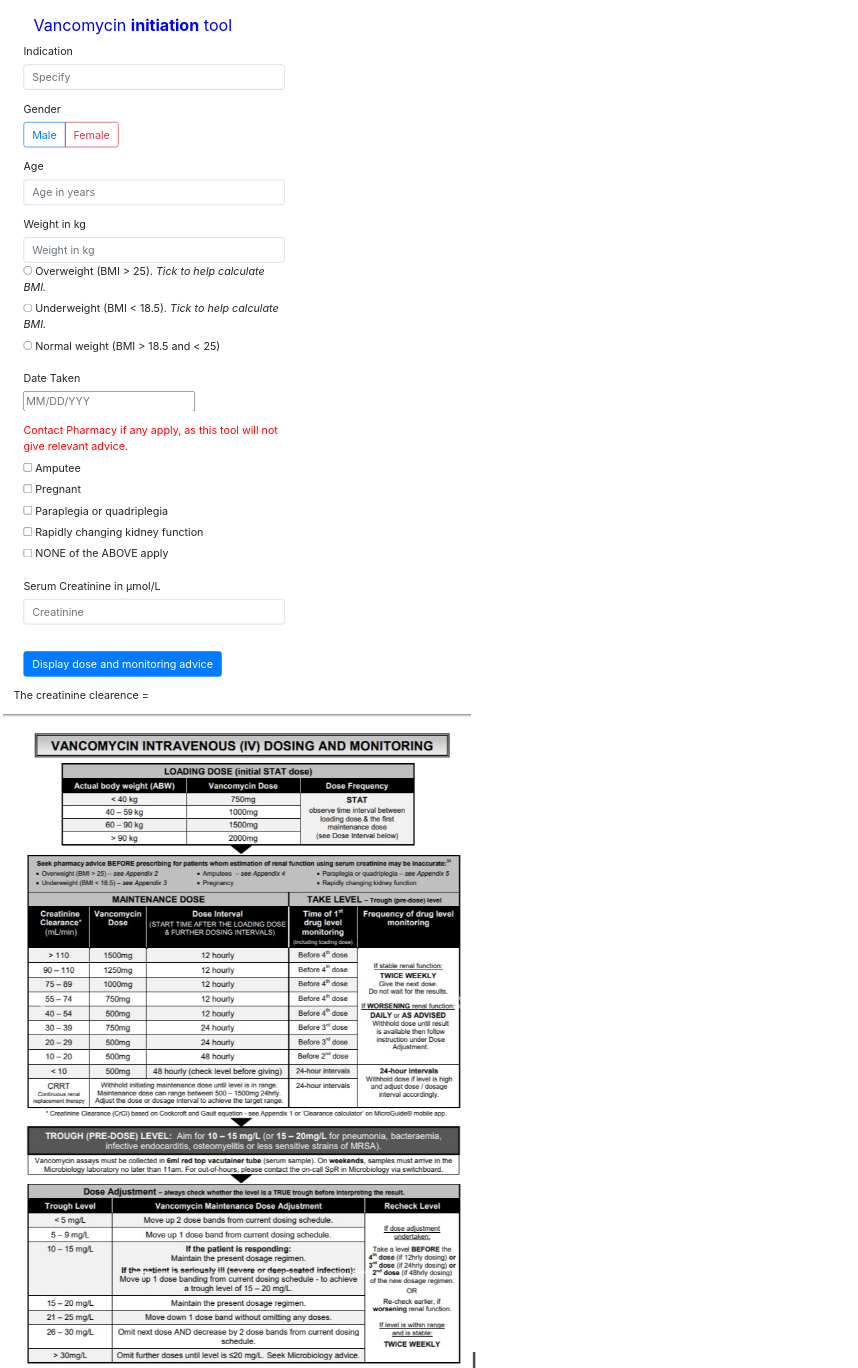
Repository: Mismiles/project-clinical-calculator
Page: index.html
The author's editor kept a record of every edit. The page is drawn from the files as they stood at one moment, then again after the next edit.
The browser window is 1280 px wide. The pictures show the whole page, at 67% of full size.

Above is the page before.
Console error: SyntaxError: Unexpected token '<'

After the next edit:
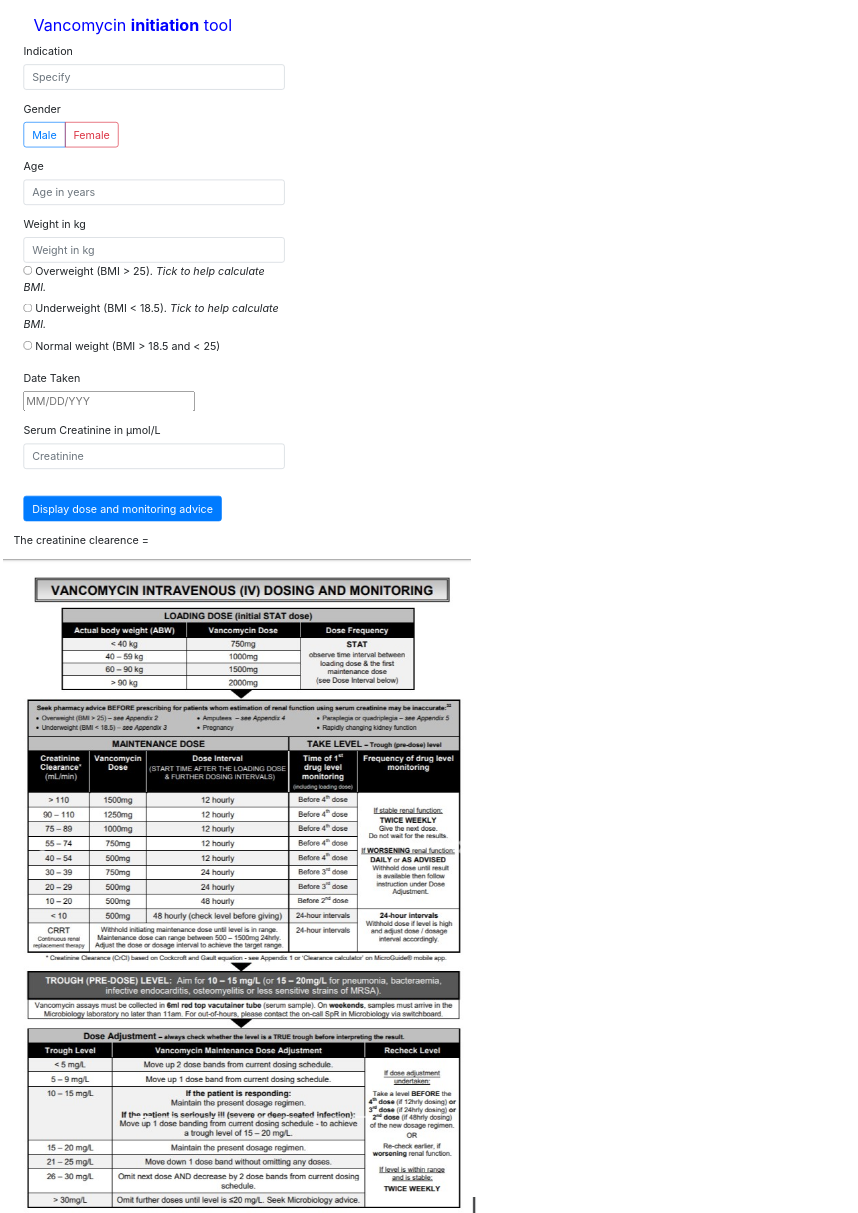
The edit:
--- a/index.html
+++ b/index.html
@@ -105,43 +105,6 @@
 </div>
 
 
-<!-- Parameters -->
-<div class="form-group">
-  <label class="col-md-4 control-label" for="parameters" <span style="color:red">Contact Pharmacy if any apply, as this tool will not give relevant advice.</span></label>
-  <div class="col-md-4">
-  <div class="checkbox">
-    <label for="parameters-2">
-      <input type="checkbox" name="parameters" id="parameters-1" value="">
-      Amputee
-    </label>
-	</div>
-  <div class="checkbox">
-    <label for="parameters-3">
-      <input type="checkbox" name="parameters" id="parameters-2" value="">
-      Pregnant
-    </label>
-	</div>
-  <div class="checkbox">
-    <label for="parameters-4">
-      <input type="checkbox" name="parameters" id="parameters-3" value="">
-      Paraplegia or quadriplegia
-    </label>
-	</div>
-  <div class="checkbox">
-    <label for="parameters-5">
-      <input type="checkbox" name="parameters" id="parameters-4" value="">
-      Rapidly changing kidney function
-    </label>
-	</div>
-  <div class="checkbox">
-    <label for="parameters-6">
-      <input type="checkbox" name="parameters" id="parameters-5" value="">
-      NONE of the ABOVE apply
-    </label>
-	</div>
-  </div>
-</div>
-
 <!-- Creatinine-->
 <div class="form-group">
   <label class="col-md-4 control-label" for="creatinine">Serum Creatinine in µmol/L</label>
